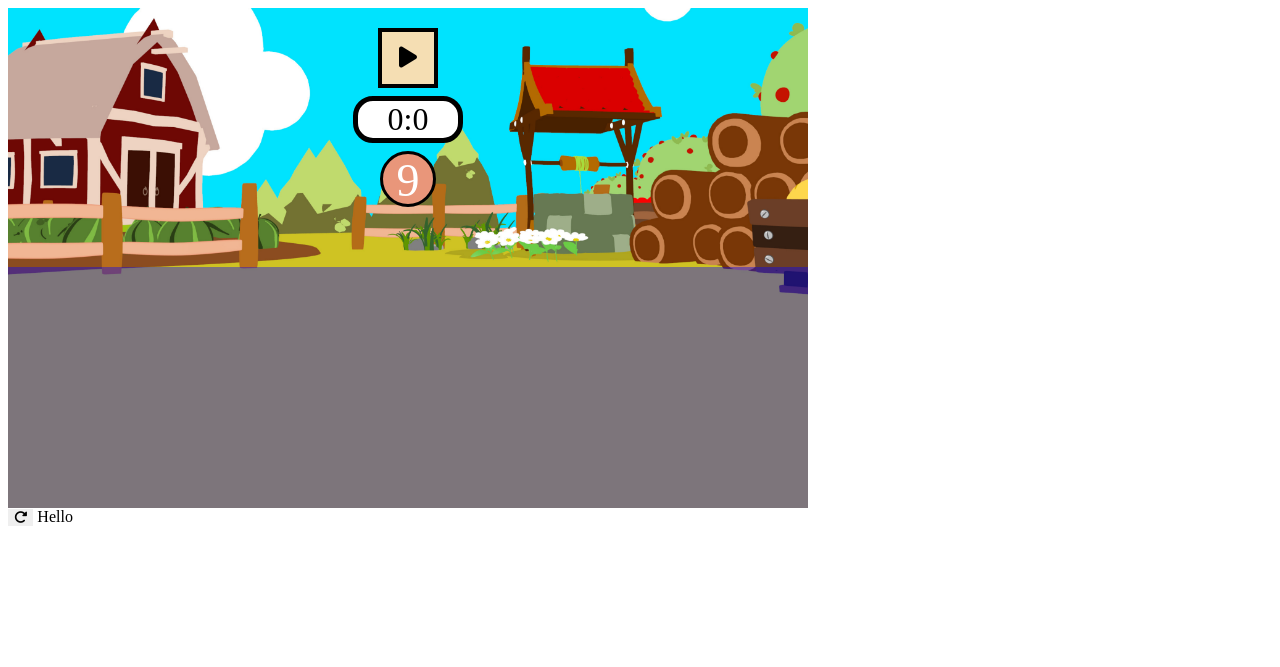
Repository: yoon-dh/JS_Prac
Page: carrot_game/index.html
The author's editor kept a copy of each file at every save. The page is drawn from the files as they stood at one save, then again after the next save.
The browser window is 1280 px wide. The pictures show the whole page.
Some web libraries are served in a nearby version.

Above is the page before, as saved 2023-06-23 21:51:06.

After the next save:
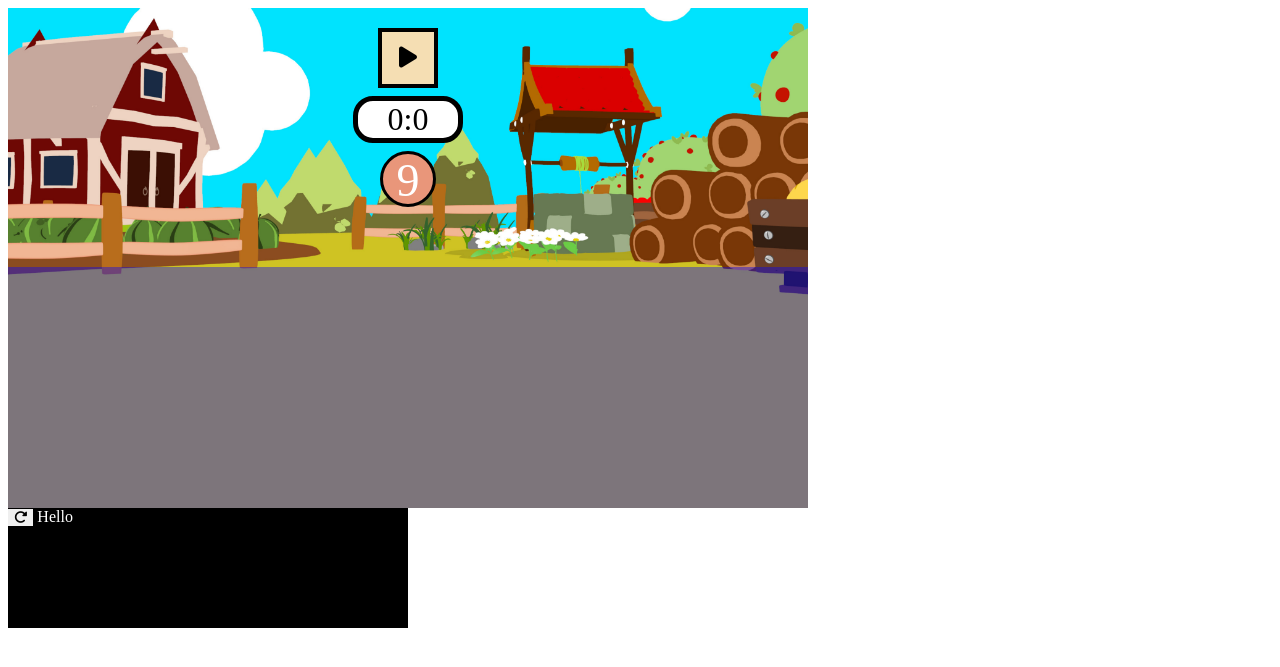
Saved 44 s later.
--- a/carrot_game/style.css
+++ b/carrot_game/style.css
@@ -61,3 +61,12 @@ button {
   margin-top: 40px;
   opacity: 0.4;
 }
+
+/* pop-up */
+
+.pop-up {
+  width: 400px;
+  height: 120px;
+  background-color: black;
+  color: white;
+}
